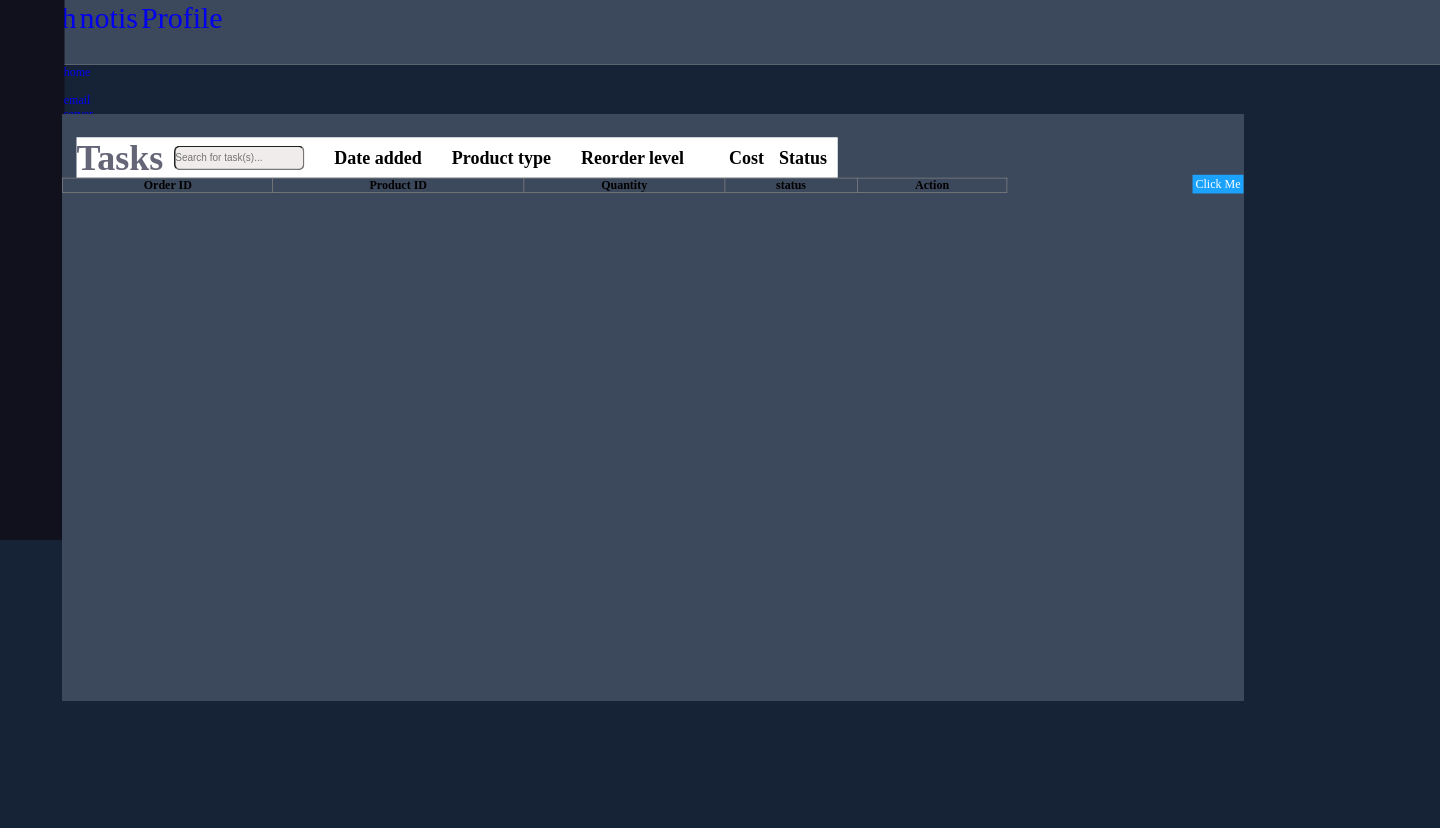
Repository: leystra019/nea
Page: http://localhost/neatest/scripts/php/staff/manageorder.php
An editor plug-in stored every save of this project. The page is shown before and after the next save, followed by the edit.
The browser window is 1280 px wide. The page is 1920 px wide, so the pictures cover 1920 px, including what lies to the right of the window. The pictures show the whole page, at 75% of full size.
The page is run by PHP 8.4 with error messages shown; the project is at /var/www/html/. Queries for data that is not in the repository find no rows.

Above is the page before, as saved 2023-02-18 15:07:54.

### scripts/php/staff/manageorder.php
<!DOCTYPE html>
<html lang="en">
<head>
    <meta charset="UTF-8">
    <meta http-equiv="X-UA-Compatible" content="IE=edge">
    <meta name="viewport" content="width=device-width, initial-scale=1.0">
    <title>Orders</title>
    <link rel="stylesheet" href="/neatest/scripts/css/main.css">
    <link rel="stylesheet" href="/neatest/scripts/css/staff/order.css">
</head>
<body>
    <div class="container">
        <nav class="navbar">
            <ul>
                <li><a href="#">search</a></li>
                <li><a href="#">notis</a></li>
                <li><a href="#">Profile</a></li>
            </ul>
        </nav>
        <nav class="sidebar">
            <ul>
                <li><a href="/neatest/scripts/php/staffhome.php">home</a></li>
                <li><a href="#">email server</a></li>
                <li><a href="/neatest/html/order.html">order</a></li>
                <li><a href="#">management</a></li>
            </ul>
        </nav>
        <div class="bg">
            <main>
                <div class="card">
                    <div style="z-index: 1;" class="taskbarcontainer">
                        <h1>Tasks</h1>
                        <input type="text" id ="tasksrch" onkeyup="myFunction()" placeholder="Search for task(s)...">
                        <div class="dateadd">
                            <h2>Date added</h2>
                        </div>
                        <div class="prodtype">
                            <h2>Product type</h2>
                        </div>
                        <div class="reordlvl">
                            <h2>Reorder level</h2>
                        </div>
                        <div class="cost">
                            <h2>Cost</h2>
                        </div>
                        <div class="status">
                            <h2>Status</h2>
                        </div>
                    </div>
                    <div class="right-sideb">
                        <a href="#" id="cbutton" class="button">Click Me</a>
                    </div>
                    <div class="table" >
                        <table style= "border-collapse: collapse" align="center" border= "1" width="80%">
                            <form action = "/neatest/php/testing.php" method="post">
                                <thead style="justify-items: centre">
                                    <tr>
                                        <th>Order ID</th>
                                        <th>Product ID</th>
                                        <th>Quantity</th>
                                        <th>status</th>
                                        <th>Action</th>
                                    </tr>
                                </thead>
                                <tbody style="width: 80%;">

                                <?php
                                ini_set('display_errors', 1);
                                ini_set('display_startup_errors', 1);
                                error_reporting(E_ALL);
                                session_start();

                                // Connect to the database and retrieve the product data
                                $conn = mysqli_connect('localhost', 'root', '', 'neatest');
                                if ($conn->connect_error) {
                                die('Connection failed: ' . $conn->connect_error);
                                }
                                else {
                                    // Retrieve the product data from the database
                                    $query = "SELECT * FROM orders";
                                    $result = mysqli_query($conn, $query);
                                    if ($result) {
                                        while ($row = mysqli_fetch_array($result)) {
                                            echo "<tr class='orders_table'>";
                                            echo "<td>" . $row['order_id'] . "</td>";
                                            echo "<td>" . $row['product_id'] . "</td>";
                                            echo "<td>" . $row['quantity'] . "</td>";
                                            echo  "<td>" . $row['price'] . "</td>";
                                            echo "<td>" . $row['status'] . "</td>";
                                            echo "<td><a class='button'  id='changestatus'>Change status</a></td>";
                                            echo "</tr>";
                                        }
                                    }
                                }
                                ?>
                                </tbody>

                            </form>

                            <div class="bg-modal">
                                <div class="modal-content">
                                    <form action="/neatest/scripts/php/staff/changeorder.php" method="post">
                                        <input type="text" placeholder="order_id(s)" name="order_id">
                                        <input type="text" placeholder="product_id" name="product_id">
                                        <input type="text" placeholder="quantity" name="quantity">
                                        <input type="text" placeholder="status" name="status">
                                        <input type="submit"  placeholder="confirm changes">
                                    </form>
                                    <div class="close">+</div>

                                </div>
                            </div>
                    </table>

                </div>
            </div>
            <script src="/neatest/scripts/js/order.js"></script>




</body>
</html>

### scripts/css/main.css
* {
    margin: 0;
    padding: 0;
    text-decoration: none;

  }

  ::marker {
    display: none !important;
  }

  .container {
    padding: 0px 0px 0px 0px !important;
    margin: 0px 0px 0px 0px !important;
    display: grid !important;
    grid-template-areas: "nav nav" "sidebar main";
    content: none !important;
  }

body {
  overflow-y: hidden; /* Hide vertical scrollbar */
  overflow-x: hidden; /* hidden Hide horizontal scrollbar */

}


.navbar {
  background-color:#3C485B !important;
  grid-area: nav;
  height: 86px;
  width: 1920px;
  display: flex;
  padding-top: 0px;
  padding-bottom: 0px;
  justify-content: inline;
  margin: 0px 0px 0px 0px;

}

.navtop div a {
	padding: 0 20px;
	text-decoration: none;
	color: #c1c4c8;
	font-weight: bold;
}
.navtop div a i {
	padding: 2px 8px 0 0;
}


.navbar ul li {
  display: inline-block;
  font-size: 40px;


}


.sidebar{
  background:#3C485B;
  position: fixed;
  grid-area: sidebar;
  left: 0;
  top: 0;
  height: 100%;
  width: 86px;
  background: #11101D;
  transition: all 0.5s ease;
  text-align: left;
}

.sidebar.open{
  width: 423px;
}

#btn.fa-sharp.fa-solid.fa-bars {
  margin-top: 13px;
  margin-left: 25px;
}

#btn.fa-sharp.fa-solid.fa-bars.rotate {
  transform: rotate(90deg);
}

.sidebar ul {
  margin-top: 87px;
  margin-left: 85px;
}

.sidebar ul li{
  list-style: none;
}


li {
  margin-bottom: 20px;
}

.sidebar-list {
  display: none;
}

.sidebar-list a:hover {
  color: #2F9CC3;
}



.sidebar-list a {
  font-size: 39px;
  font-weight: bolder;
  margin-bottom: 40px;
  color: #CAE1EA;
}

.sidebar.open .sidebar-list {
  display: block !important;
}



.bg {
    background: #162235;
    width: 1920px;
    height: 1018px;
    padding: 0px 0px 0px 0px;
    margin: 0px 0px 0px 0px;
}


/*
I need to make it so the sidebar symbol "=" is enlarged and rotate it
<nav class="sidebar">
<ul>
    <li><a href="/neatest/html/home.html">=</a></li>
</ul>
</nav> */

### scripts/css/staff/order.css
.card {
	width: 1575px;
	height: 751px;
	padding-top: 31px;
	background-color: #3C485B;
	margin-left: 83px;
	margin-top: 66px;
	position: relative;

}

.bg-modal {
	background-color: rgba(0, 0, 0, 0.4);
	width: 100%;
	height: 91%;
	position: absolute;
	top: 9%;
	display: none;
	justify-content: center;
	align-items: center;
}


.modal-content {
    width: 800px;
    height: 500px;
    background-color: white;
    text-align: center;
	padding: 20px;
	position: relative;
	border-radius: 4px;
}

.taskbarcontainer {
	width: 1015px;
	height: 54px;
	margin-left: 19px;
	margin-bottom: 100px;
	background-color: white;
	display: flex;
	flex-direction: row;
	margin-bottom: auto;
	position: inline;
	grid-template-areas: "tasksearch dateadded producttype re-ordlvl cost status";

}

.right-sideb {
	float: right;

}
.button {
    background-color: #1BA1FE;
    padding: 4px;
	height: 74px;
	color: white !important;
}

.taskfilters1 {
	width: 169px;
	height: 54px;
	border: 2px;
	justify-content: center;
}

.dateadd {
	border: 2px;
	grid-area: dateadded;
	margin-bottom: auto;
	margin-top: auto;
	margin-left: 20px;
}

.prodtype {
	border: 2px;
	grid-area: producttype;
	margin-bottom: auto;
	margin-top: auto;
	margin-left: 40px;
}

.reordlvl {
	border: 2px;
	grid-area: re-ordlvl;
	margin-bottom: auto;
	margin-top: auto;
	margin-left: 40px;
}

.cost {
	border: 2px;
	grid-area: cost;
	margin-bottom: auto;
	margin-top: auto;
	margin-left: 60px;
}

.status {
	border: 2px;
	grid-area: cost;
	margin-bottom: auto;
	margin-top: auto;
	margin-left: 20px;
}




h1 {
	color: #646577;
	font-size: 48px;
	margin-top: auto;
	margin-bottom: auto;
	grid-area: tasksearch;
}

input {
	width: 170px !important;
	height: 29px;
	background-color: #F0ECEC !important;
	border-radius: 8px;
	margin-top: auto;
	margin-bottom: auto;
	margin-left: 14px;
	display: inline-block;
	grid-area: tasksearch;
	margin-right: 20px;
}

table th td {
	width: 80%;
	position: inherit;
}

.close {
	position: absolute;
	top: 0;
	right: 10px;
	font-size: 42px;
	color: #333;
	transform: rotate(45deg);
	cursor: pointer;
}

tr.orders_table {
	text-align: center;
}

### scripts/js/order.js
document.getElementById('cbutton').addEventListener('click', function() {
    document.querySelector('.bg-modal').style.display = 'flex';
});

document.querySelector('.close').addEventListener('click', function() {
    document.querySelector('.bg-modal').style.display = 'none';
});

After the next save:
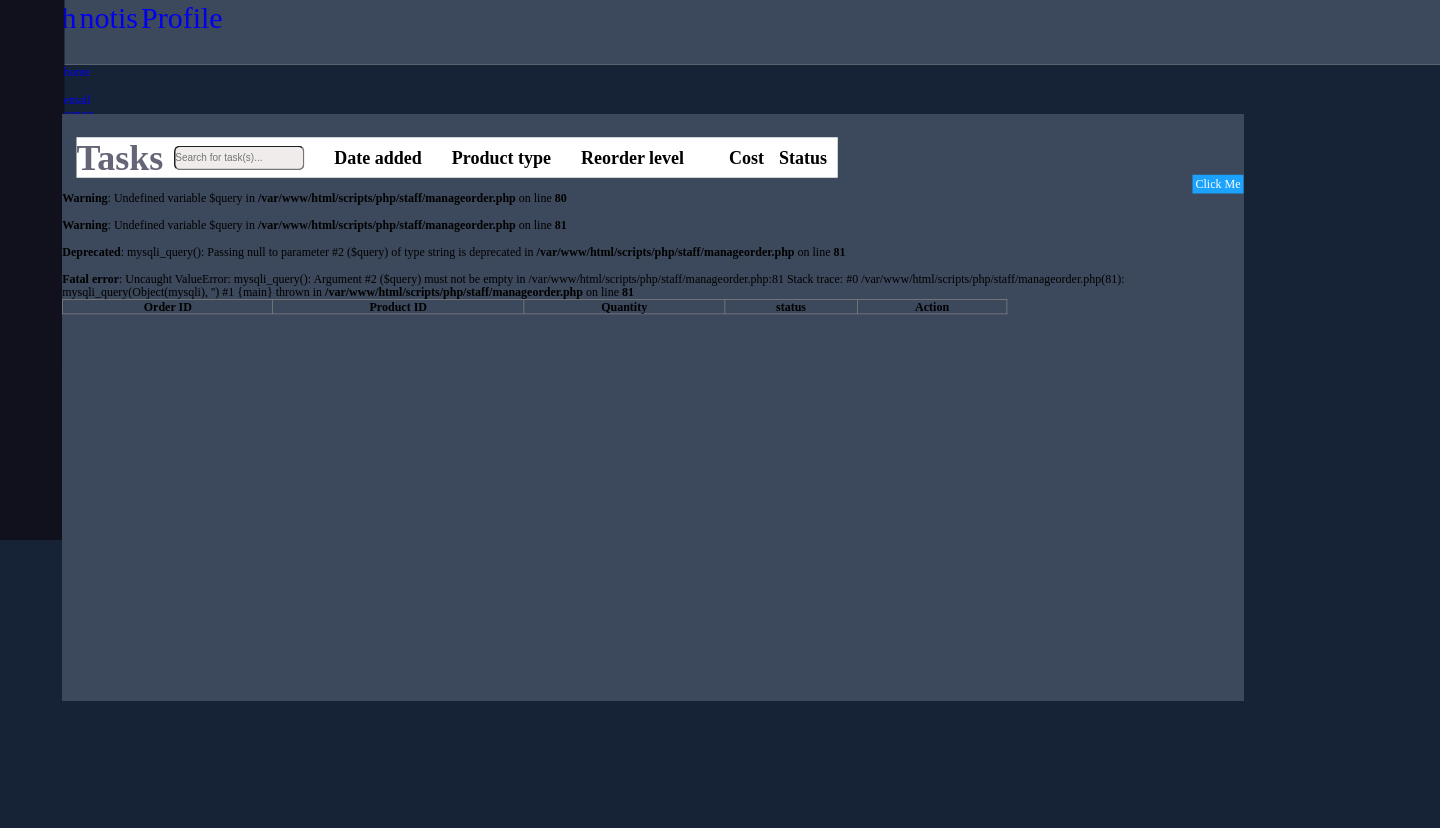
Saved 21 min 7 s later.
--- a/scripts/php/staff/manageorder.php
+++ b/scripts/php/staff/manageorder.php
@@ -77,7 +77,7 @@
                                 }
                                 else {
                                     // Retrieve the product data from the database
-                                    $query = "SELECT * FROM orders";
+                                    $$query = "SELECT order_id, product_id, quantity, price, status FROM orders";
                                     $result = mysqli_query($conn, $query);
                                     if ($result) {
                                         while ($row = mysqli_fetch_array($result)) {
